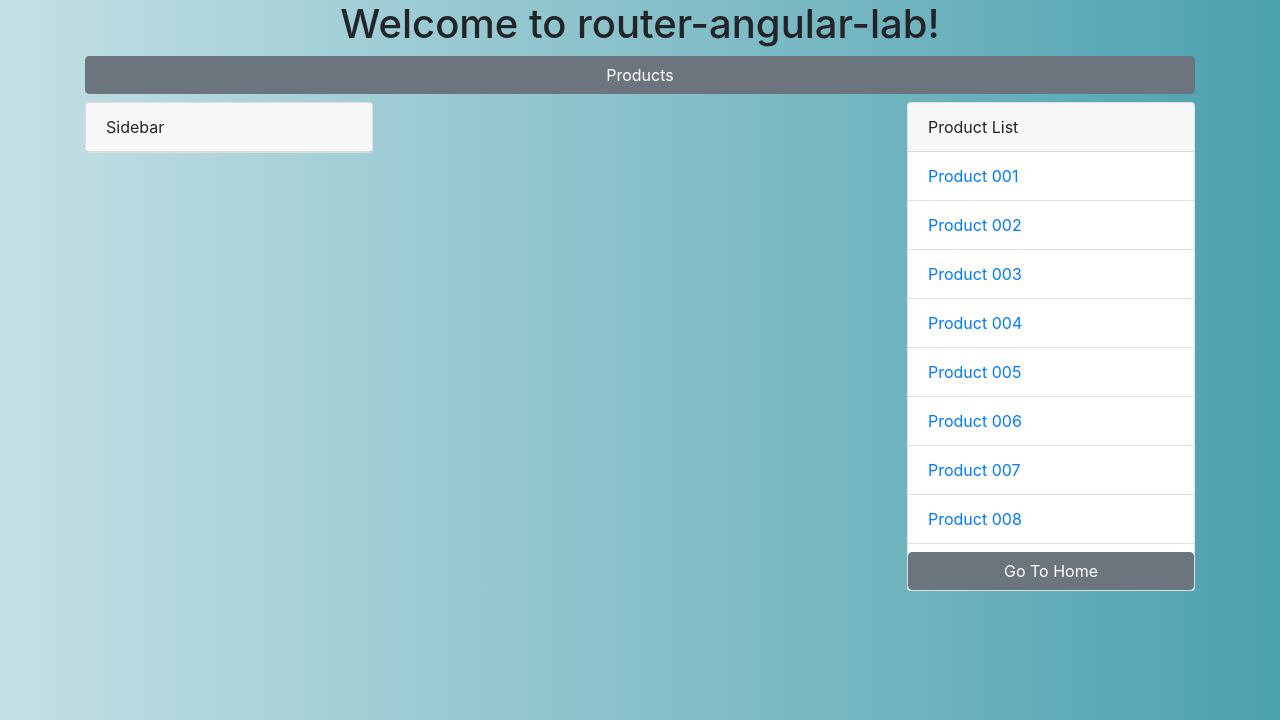
Repository: desalab/router-angular-lab
Page: /products
The author's editor kept a copy of each file at every save. The page is drawn from the files as they stood at one save, then again after the next save.
The browser window is 1280 px wide. The pictures show the whole page.
The project was rebuilt for these pictures with package versions that can differ from the ones it lists, and the page was loaded fresh each time. Also part of the build but not shown: angular.json, src/app/product-detail/product-detail.component.ts, src/app/product-list-sidebar/product-list-sidebar.component.ts, src/app/home/home.component.ts.

Above is the page before, as saved 2018-12-06 01:20:11.

### src/index.html
<!doctype html>
<html lang="en">
<head>
  <meta charset="utf-8">
  <title>RouterAngularLab</title>
  <base href="/">

  <meta name="viewport" content="width=device-width, initial-scale=1">
  <link rel="icon" type="image/x-icon" href="favicon.ico">
  <link rel="stylesheet" href="https://stackpath.bootstrapcdn.com/bootstrap/4.1.3/css/bootstrap.min.css" integrity="sha384-MCw98/SFnGE8fJT3GXwEOngsV7Zt27NXFoaoApmYm81iuXoPkFOJwJ8ERdknLPMO" crossorigin="anonymous">

</head>
<body>
  <app-root></app-root>
</body>
</html>

### src/styles.css

body{
    background: #4CA1AF;  /* fallback for old browsers */
    background: -webkit-linear-gradient(to right, #C4E0E5, #4CA1AF);  /* Chrome 10-25, Safari 5.1-6 */
    background: linear-gradient(to right, #C4E0E5, #4CA1AF); /* W3C, IE 10+/ Edge, Firefox 16+, Chrome 26+, Opera 12+, Safari 7+ */
}

### src/app/app-routing.module.ts
import { NgModule } from '@angular/core';
import { Routes, RouterModule } from '@angular/router';
import { ProductListComponent } from './product-list/product-list.component';
import { ProductDetailComponent } from './product-detail/product-detail.component';
import { SidebarComponent } from './sidebar/sidebar.component';
import { ProductListSidebarComponent } from './product-list-sidebar/product-list-sidebar.component';

const routes: Routes = [
  { path: 'products', component: ProductListComponent },
  { path: 'product/:id', component: ProductDetailComponent },
  {
    path: '',
    component: SidebarComponent,
    outlet: 'sidebar'
  },
  {
    path: 'products',
    component: ProductListSidebarComponent,
    outlet: 'sidebar'
  }
];

@NgModule({
  imports: [RouterModule.forRoot(routes)],
  exports: [RouterModule]
})
export class AppRoutingModule { }

### src/app/app.component.ts
import { Component } from '@angular/core';

@Component({
  selector: 'app-root',
  templateUrl: './app.component.html',
  styleUrls: ['./app.component.css']
})
export class AppComponent {
  title = 'router-angular-lab';
}

### src/app/product-list/product-list.component.ts
import { Component, OnInit } from '@angular/core';
import { Product } from '../models/product';

@Component({
  selector: 'app-product-list',
  templateUrl: './product-list.component.html',
  styleUrls: ['./product-list.component.css']
})
export class ProductListComponent implements OnInit {

  public products: Product[] = [
    new Product(1, 'Product 001'),
    new Product(2, 'Product 002'),
    new Product(3, 'Product 003'),
    new Product(4, 'Product 004'),
    new Product(5, 'Product 005'),
    new Product(6, 'Product 006'),
    new Product(7, 'Product 007'),
    new Product(8, 'Product 008')
  ];

  constructor() { }

  ngOnInit() {
  }

}

### src/app/app.component.html
<div class="container">
  <div style="text-align:center">
    <h1>Welcome to {{ title }}!</h1>

    <a class="btn btn-secondary btn-block"
      [routerLink]="[
        { outlets: { primary: ['products'], sidebar: ['products'] } }
      ]"
    >
      Products
    </a>
  </div>

  <div>
    <div style="float:right"><router-outlet></router-outlet></div>
    <div style="float:left"><router-outlet name="sidebar"></router-outlet></div>
  </div>
</div>

### src/app/models/product.ts
export class Product {
  id: number;
  name: string;
  constructor(id: number, name: string) {
    this.id = id;
    this.name = name;
  }
}

### src/app/product-list/product-list.component.html
<div class="card mt-2" style="width: 18rem;">
  <div class="card-header">Product List</div>
  <ul class="list-group list-group-flush">
    <li class="list-group-item" *ngFor="let product of products">
      <a [routerLink]="['/product/', product.id]">{{ product.name }}</a>
    </li>
  </ul>
  <a class="btn btn-secondary btn-block mt-2" routerLink="/">Go To Home</a>
</div>

### src/app/sidebar/sidebar.component.html
<div class="card mt-2" style="width: 18rem;">
  <div class="card-header">Sidebar</div>
</div>

Loaded but not shown: src/main.ts (common file); src/app/app.module.ts (common file); src/environments/environment.ts (common file); src/app/sidebar/sidebar.component.ts (common file); src/app/app.component.css (no stored copy; drawn as an empty file); src/app/product-list/product-list.component.css (no stored copy; drawn as an empty file); src/app/sidebar/sidebar.component.css (no stored copy; drawn as an empty file)

After the next save:
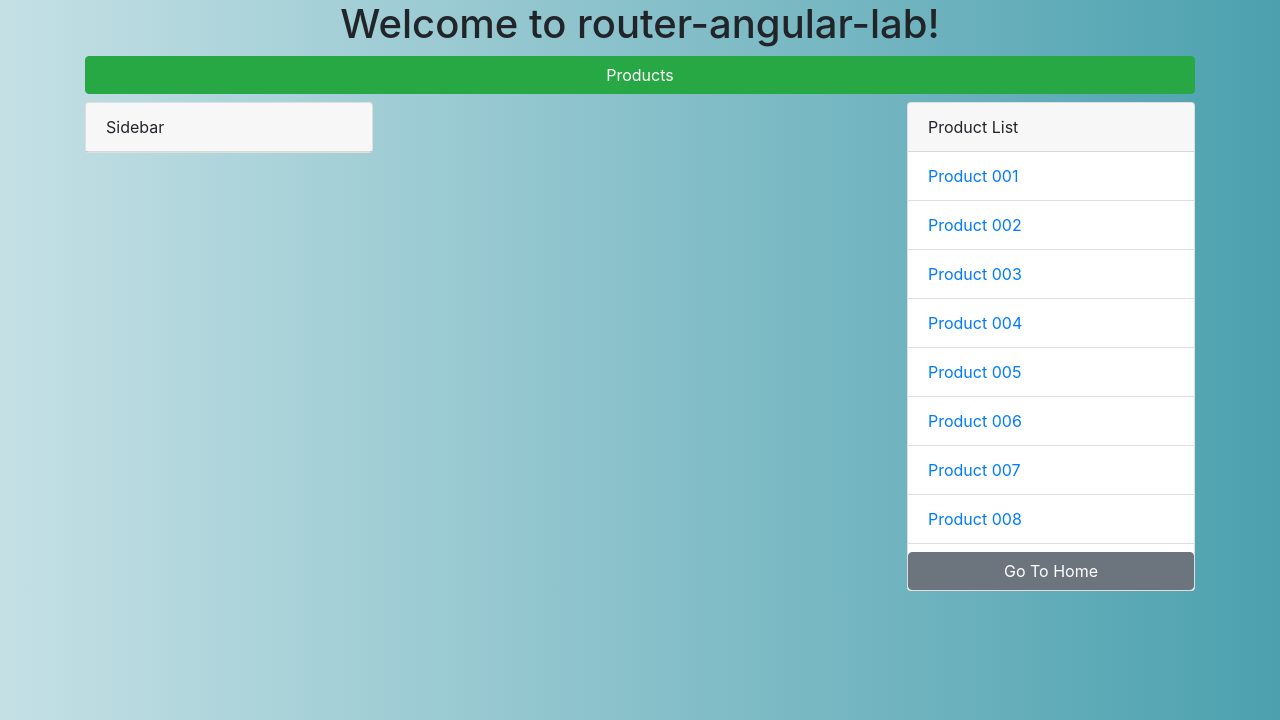
Saved 50 s later.
--- a/src/app/app.component.html
+++ b/src/app/app.component.html
@@ -2,7 +2,7 @@
   <div style="text-align:center">
     <h1>Welcome to {{ title }}!</h1>
 
-    <a class="btn btn-secondary btn-block"
+    <a class="btn btn-success btn-block"
       [routerLink]="[
         { outlets: { primary: ['products'], sidebar: ['products'] } }
       ]"

After the save that followed:
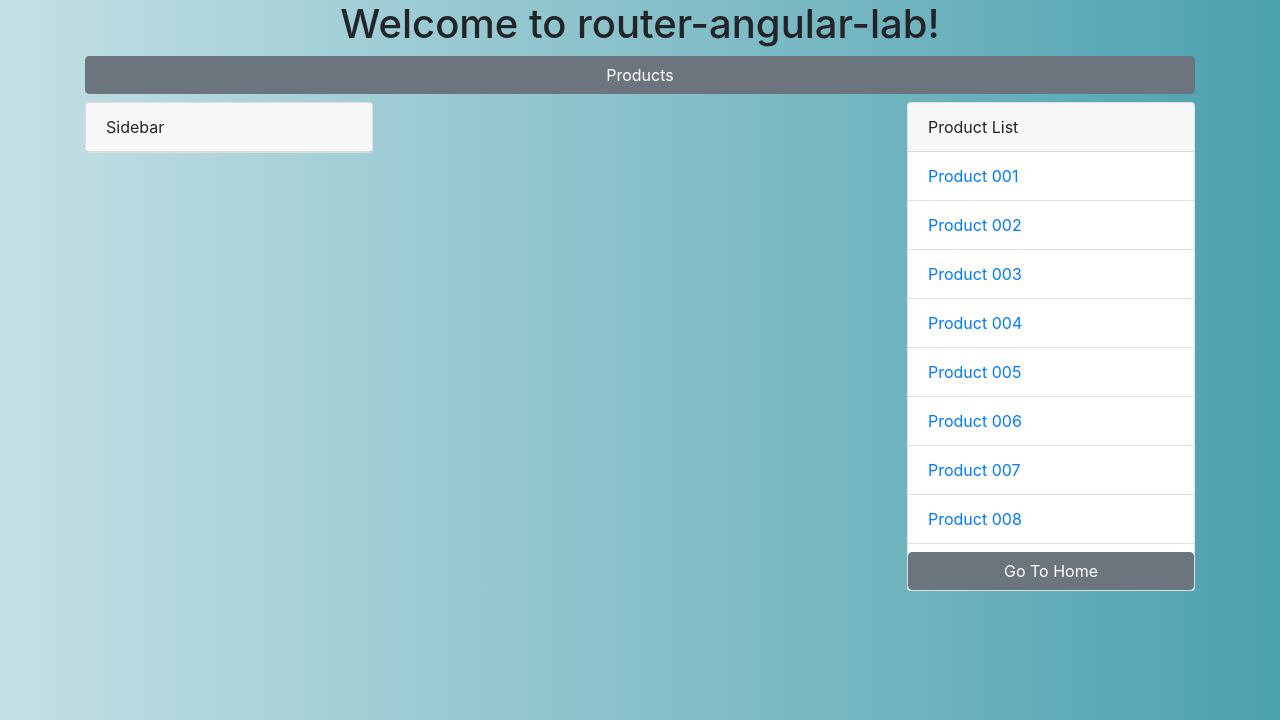
Saved 8 s later.
--- a/src/app/app.component.html
+++ b/src/app/app.component.html
@@ -2,7 +2,7 @@
   <div style="text-align:center">
     <h1>Welcome to {{ title }}!</h1>
 
-    <a class="btn btn-success btn-block"
+    <a class="btn btn-secondary btn-block"
       [routerLink]="[
         { outlets: { primary: ['products'], sidebar: ['products'] } }
       ]"
